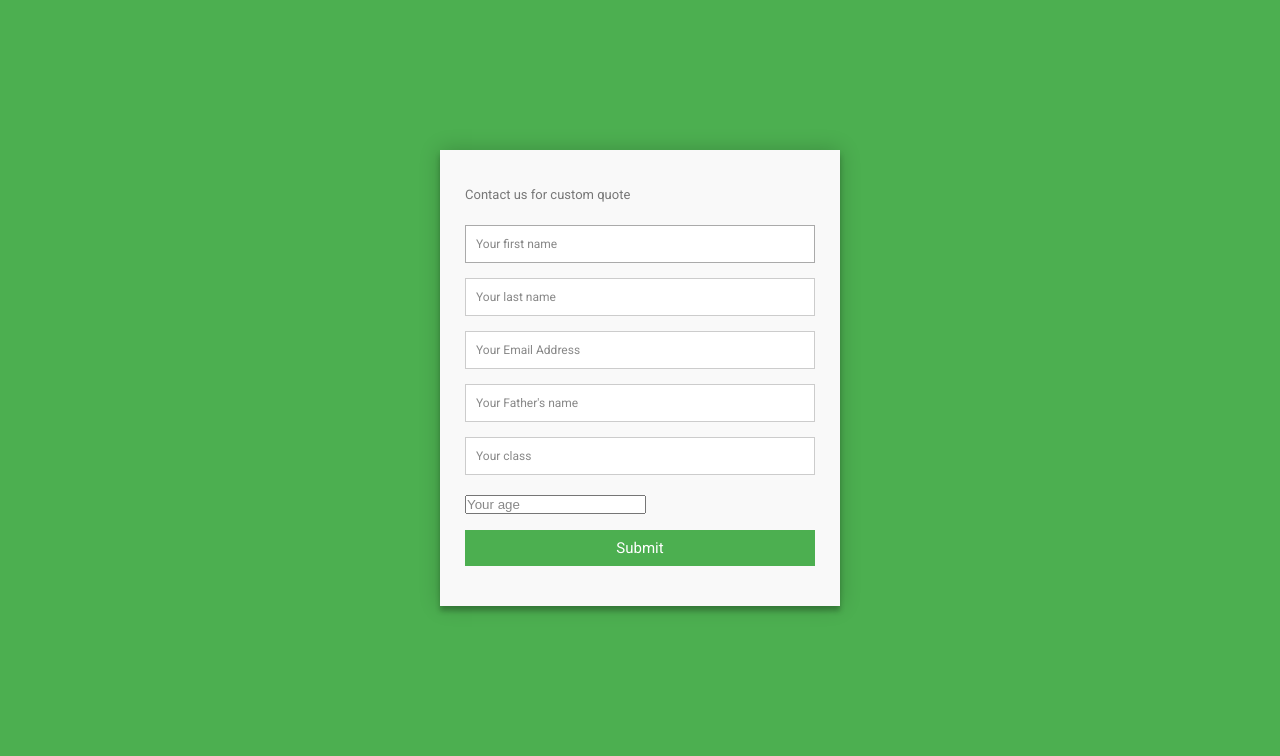
Repository: meta-pranjal-agrawal/software_fundamentals
Page: EAD/ead_assignment2/EADSession3/WebContent/Index.html
These files come from the project's save history. The page is drawn as it stood at one moment and after the next save; the edit follows.
The browser window is 1280 px wide. The pictures show the whole page.

Above is the page before, as saved 2020-02-01 10:34:16.

### EAD/ead_assignment2/EADSession3/WebContent/Index.html
<!DOCTYPE html>
<html>
<head>
<meta charset="ISO-8859-1">
<title>Student Registration Form</title>
<style>

@import url(https://fonts.googleapis.com/css?family=Roboto:400,300,600,400italic);
* {
  margin: 0;
  padding: 0;
  box-sizing: border-box;
  -webkit-box-sizing: border-box;
  -moz-box-sizing: border-box;
  -webkit-font-smoothing: antialiased;
  -moz-font-smoothing: antialiased;
  -o-font-smoothing: antialiased;
  font-smoothing: antialiased;
  text-rendering: optimizeLegibility;
}

body {
  font-family: "Roboto", Helvetica, Arial, sans-serif;
  font-weight: 100;
  font-size: 12px;
  line-height: 30px;
  color: #777;
  background: #4CAF50;
}

.container {
  max-width: 400px;
  width: 100%;
  margin: 0 auto;
  position: relative;
}

#contact input[type="text"],
#contact input[type="email"],
#contact input[type="tel"],
#contact input[type="url"],
#contact textarea,
#contact button[type="submit"] {
  font: 400 12px/16px "Roboto", Helvetica, Arial, sans-serif;
}

#contact {
  background: #F9F9F9;
  padding: 25px;
  margin: 150px 0;
  box-shadow: 0 0 20px 0 rgba(0, 0, 0, 0.2), 0 5px 5px 0 rgba(0, 0, 0, 0.24);
}

#contact h3 {
  display: block;
  font-size: 30px;
  font-weight: 300;
  margin-bottom: 10px;
}

#contact h4 {
  margin: 5px 0 15px;
  display: block;
  font-size: 13px;
  font-weight: 400;
}

fieldset {
  border: medium none !important;
  margin: 0 0 10px;
  min-width: 100%;
  padding: 0;
  width: 100%;
}

#contact input[type="text"],
#contact input[type="email"],
#contact input[type="tel"],
#contact input[type="url"],
#contact textarea {
  width: 100%;
  border: 1px solid #ccc;
  background: #FFF;
  margin: 0 0 5px;
  padding: 10px;
}

#contact input[type="text"]:hover,
#contact input[type="email"]:hover,
#contact input[type="tel"]:hover,
#contact input[type="url"]:hover,
#contact textarea:hover {
  -webkit-transition: border-color 0.3s ease-in-out;
  -moz-transition: border-color 0.3s ease-in-out;
  transition: border-color 0.3s ease-in-out;
  border: 1px solid #aaa;
}

#contact textarea {
  height: 100px;
  max-width: 100%;
  resize: none;
}

#contact button[type="submit"] {
  cursor: pointer;
  width: 100%;
  border: none;
  background: #4CAF50;
  color: #FFF;
  margin: 0 0 5px;
  padding: 10px;
  font-size: 15px;
}

#contact button[type="submit"]:hover {
  background: #43A047;
  -webkit-transition: background 0.3s ease-in-out;
  -moz-transition: background 0.3s ease-in-out;
  transition: background-color 0.3s ease-in-out;
}

#contact button[type="submit"]:active {
  box-shadow: inset 0 1px 3px rgba(0, 0, 0, 0.5);
}

.copyright {
  text-align: center;
}

#contact input:focus,
#contact textarea:focus {
  outline: 0;
  border: 1px solid #aaa;
}

::-webkit-input-placeholder {
  color: #888;
}

:-moz-placeholder {
  color: #888;
}

::-moz-placeholder {
  color: #888;
}

:-ms-input-placeholder {
  color: #888;
}
</style>
</head>
<body>
<div class="container">
 <form id="contact" action="" method="post">
   <h4>Contact us for custom quote</h4>
   <fieldset>
     <input placeholder="Your first name" type="text" tabindex="1" required autofocus id="firstname">
   </fieldset>
   <fieldset>
     <input placeholder="Your last name" type="text" tabindex="1" required id="lastname">
   </fieldset>
   <fieldset>
     <input placeholder="Your Email Address" type="email" tabindex="2" required id="email">
   </fieldset>
   <fieldset>
     <input placeholder="Your Father's name" type="text" tabindex="3" required>
   </fieldset>
   <fieldset>
     <input placeholder="Your class" type="text" tabindex="4" required>
   </fieldset>
   <fieldset>
     <input placeholder="Your age" type="number" tabindex="4" required>
   </fieldset>

   <fieldset>
     <button name="submit" type="submit" id="contact-submit" data-submit="...Sending">Submit</button>
   </fieldset>

 </form>
</div>
</body>
</html>

After the next save:
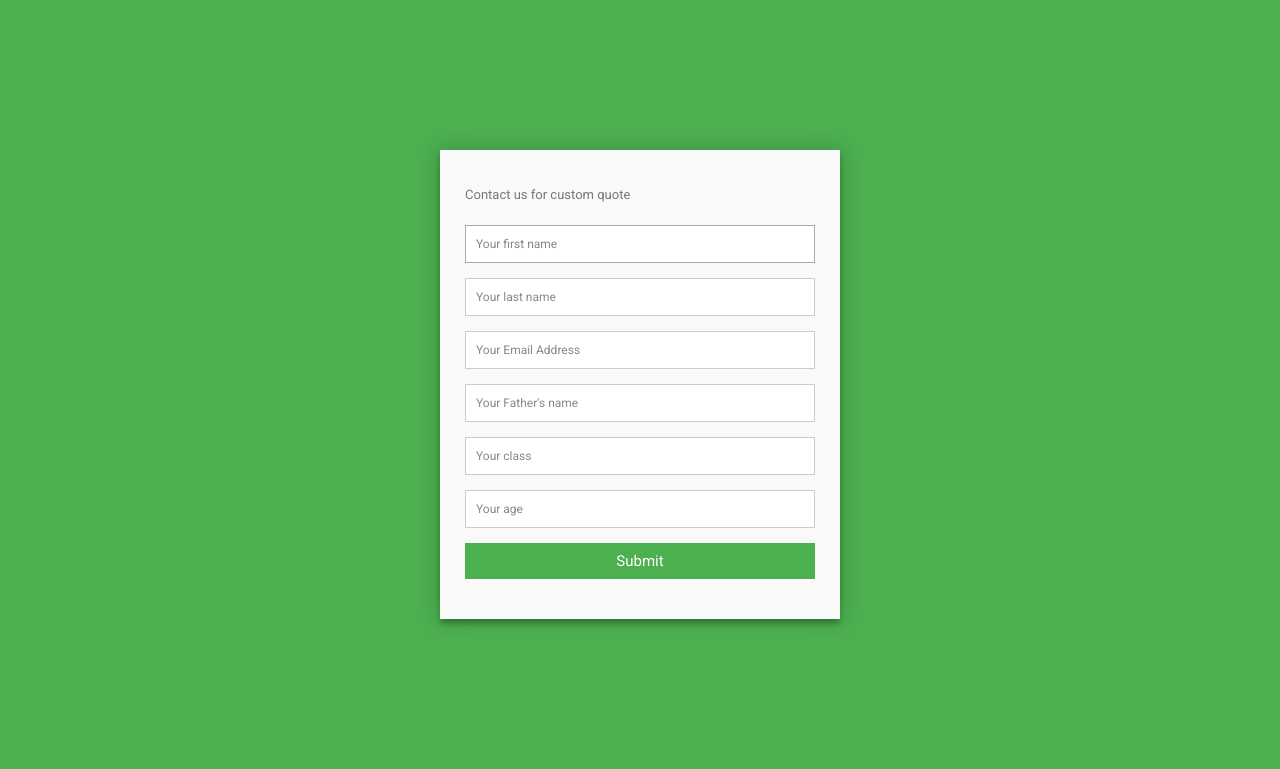
Saved 11 s later.
--- a/EAD/ead_assignment2/EADSession3/WebContent/Index.html
+++ b/EAD/ead_assignment2/EADSession3/WebContent/Index.html
@@ -171,7 +171,7 @@ fieldset {
      <input placeholder="Your class" type="text" tabindex="4" required>
    </fieldset>
    <fieldset>
-     <input placeholder="Your age" type="number" tabindex="4" required>
+     <input placeholder="Your age" type="text" tabindex="4" required>
    </fieldset>
 
    <fieldset>
